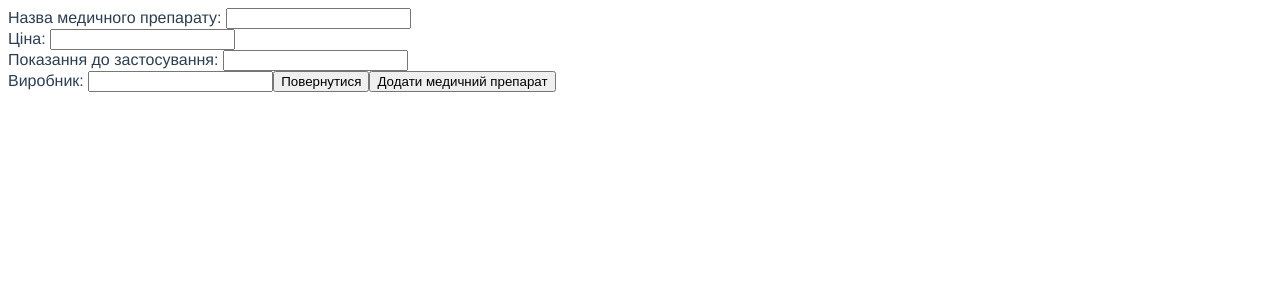
Repository: kristinap8/pharmacy
Page: /add_medicine
These files come from the project's save history. The page is drawn as it stood at one moment and after the next save; the edit follows.
The browser window is 1280 px wide. The pictures show the whole page.
The project was rebuilt for these pictures with package versions that can differ from the ones it lists, and the page was loaded fresh each time. Also part of the build but not shown: src/components/EditMedicineForm/index.vue, src/pages/EditMedicine/index.vue, src/components/MedicinesList/MedicineCard/index.vue, src/components/MedicinesList/index.vue, src/pages/AllMedicines/index.vue, src/components/CartForm/index.vue, src/pages/Cart/index.vue.

Above is the page before, as saved 2020-12-09 22:45:48.

### src/main.js
import Vue from 'vue'
import App from './App.vue'
import router from "./router"
import store from "./store"

Vue.config.productionTip = false

new Vue({
  store,
  router,
  render: h => h(App),
}).$mount('#app')

### src/App.vue
<template>
  <div id="app">
    <router-view/>
  </div>
</template>

<script>
export default {
  name: "App",
  components: {},
};
</script>

<style>
#app {
  font-family: Avenir, Helvetica, Arial, sans-serif;
  -webkit-font-smoothing: antialiased;
  -moz-osx-font-smoothing: grayscale;
  color: #2c3e50;
}
</style>

### src/router.js
import Vue from "vue";
import VueRouter from "vue-router";
import AddMedicine from "@/pages/AddMedicine";
import EditMedicine from "@/pages/EditMedicine";
import AllMedicines from "@/pages/AllMedicines";
import Cart from "@/pages/Cart";

Vue.use(VueRouter);

const routes=[
    {
        path:'/',
        name:'all-medicines',
        component:AllMedicines
    },
    {
        path:'/edit_medicine/:medicine_id',
        name:'edit-medicine',
        component:EditMedicine
    },
    {
        path:'/add_medicine',
        name:'add-medicine',
        component:AddMedicine
    },
    {
        path:'/cart',
        name:'cart',
        component:Cart
    },

]

const router=new VueRouter({
    mode:"history",
    routes
});

export default router;

### src/store/index.js
import Vue from "vue";
import Vuex from "vuex";
import { v4 as uuid_v4 } from 'uuid'

Vue.use(Vuex)
const store=new Vuex.Store({
    state:{
      medicinesList:[
          {
              id:1,
              name:'Но-шпа',
              price:60.48,
              requirements:"Спазми гладкої мускулатури, пов'язані з захворюваннями біліарного тракту: холецистолітіаз, холангіолітіаз, холецистит, перихолецистит, холангіт, папіліт. Спазми гладкої мускулатури при захворюваннях сечового тракту: нефролітіаз, уретролітіаз, пієліт, цистит, тенезми сечового міхура.",
              maker:"Chinoin (Угорщина)"

          },
          {
            id:2,
            name:"Діазолін",
            price:19.19,
            requirements:"Профілактика і лікування сезонного та алергічного риніту, полінозу, кропив'янки, харчової та медикаментозної алергії, дерматозів, що супроводжуються свербежем шкіри (екзема, нейродерміт).",
            maker:"Фармак ОАО (Україна, Київ)"

        },
        {
            id:3,
            name:"Амоксил",
            price:81.77,
            requirements:"Інфекції органів дихання, сечостатевої системи, травного тракту (у тому числі у комбінації з метронідазолом або кларитроміцином застосовують для лікування захворювань, асоційованих із Helicobacter pylori), шкіри та м’яких тканин, спричинені чутливими до лікарського засобу мікроорганізмами.",
            maker:"Киевмедпрепарат ОАО (Україна, Київ)"

        }
      ],
      cart:[],
      cartItemsCount:0
    },
    mutations:{
        addMedicine(state, data) {
            state.medicinesList.push({
             id: uuid_v4(),
             ...data,
           })
         },
         deleteMedicine(state,id){
             let medicines=state.medicinesList.filter(medicine=>medicine.id!=id)
             state.medicinesList=medicines;
         },
         editMedicine(state,medicine){
             state.medicinesList.forEach(m=>{
                 if(m.id==medicine.id){
                     m=medicine;
                 }
             } )
         },
         addToCart(state,medicine){
            let isMedicineExists=state.cart.find(m => m.id == medicine.id);

            if (isMedicineExists) {
                isMedicineExists.quantity ++;
                isMedicineExists.totalPrice = (isMedicineExists.quantity * isMedicineExists.price).toFixed(2);
            } else {
                state.cart.push(medicine);

                Vue.set(medicine, 'quantity', 1);
                Vue.set(medicine, 'totalPrice', medicine.price);
            }
             state.cartItemsCount++
         },
         deleteItemFromCart(state,medicine){
            let index = state.cart.indexOf(medicine);
            if (index > -1) {
                let item= state.cart[index];
                state.cartItemsCount -= item.quantity;
                state.cart.splice(index, 1);
            }
         }
    },
    actions:{
        addMedicine({ commit }, medicine) {
            commit('addMedicine', medicine)
         },
          deleteMedicine({commit},id){
              commit('deleteMedicine',id)
          },
          editMedicine({commit},medicine){
              commit('editMedicine',medicine)
          },
          addToCart({commit},medicine){
              commit('addToCart',medicine)
          },
          deleteItemFromCart({commit},medicine){
              commit("deleteItemFromCart",medicine)
          }

    },
    getters:{
        getMedicines:(state)=> state.medicinesList,
        getMedicineById:(state)=>(id)=>{return state.medicinesList.find(m=>m.id===id)},
        getMedicinesInCart:(state)=>state.cart,
     },
    modules:{

    }
})

export default store

### src/pages/AddMedicine/index.vue
<template>
    <div>
       <add-medicine-form/>
    </div>
</template>

<script>
import AddMedicineForm from "../../components/AddMedicineForm"
    export default {
        name:"AddMedicine",
        components: {
            AddMedicineForm,
        },
    }
</script>

<style lang="scss" scoped>

</style>

### src/components/AddMedicineForm/index.vue
<template>
    <div>
    <div>
    <label>
        Назва медичного препарату:
        <input type="text" v-model="name"/>
    </label>
    </div>
    <div>
    <label>
        Ціна:
        <input type="number" v-model="price"/>
    </label>
    </div>
    <div>
    <label>
        Показання до застосування:
        <input type="text" v-model="requirements"/>
    </label>
    </div>
    <div>
    <label>
        Виробник:
        <input type="text" v-model="maker"/>
    </label>
    <router-link to="/" tag="button">Повернутися</router-link>
    <button @click="onAddMedicine" class="sucess">
        Додати медичний препарат
    </button>
    </div>
    </div>
</template>

<script>
import { mapActions } from 'vuex'

    export default {
        name:"AddMedicineForm",
        data() {
            return {
            name: null,
            price: null,
            requirements: null,
            maker: null,
            }
        },
        methods: {
            ...mapActions(['addMedicine']),
            onAddMedicine() {
                const{name,price,requirements,maker}=this
                this.addMedicine({
                    name,
                    price,
                    requirements,
                    maker
                })
                this.$router.push('/')
            }
        },
    }
</script>

<style lang="scss" scoped>

</style>

Loaded but not shown: public/index.html (common file)

After the next save:
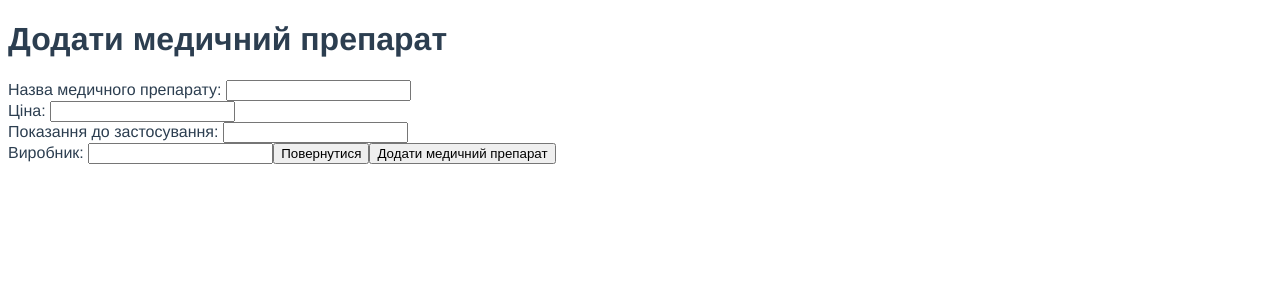
Saved 5 min 16 s later.
--- a/src/components/AddMedicineForm/index.vue
+++ b/src/components/AddMedicineForm/index.vue
@@ -1,6 +1,7 @@
 <template>
     <div>
     <div>
+        <h1>Додати медичний препарат</h1>
     <label>
         Назва медичного препарату:
         <input type="text" v-model="name"/>
